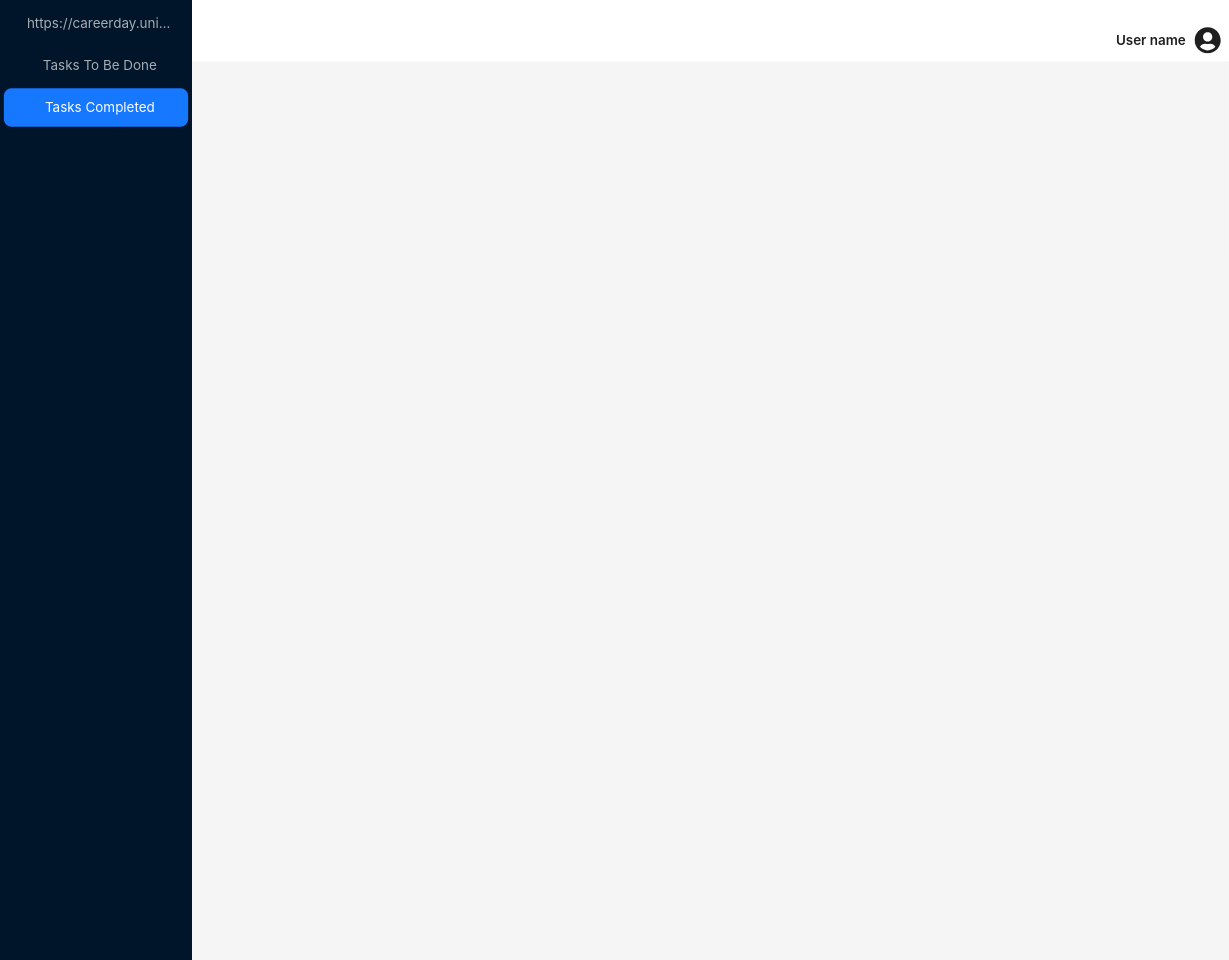
Repository: runner855/todolist_new
Page: /
An editor plug-in stored every save of this project. The page is shown before and after the next save, followed by the edit.
The browser window is 1280 px wide. The pictures show the whole page, at 96% of full size.
The project was rebuilt for these pictures with package versions that can differ from the ones it lists, and the page was loaded fresh each time.

Above is the page before, as saved 2023-03-19 17:31:48.

After the next save:
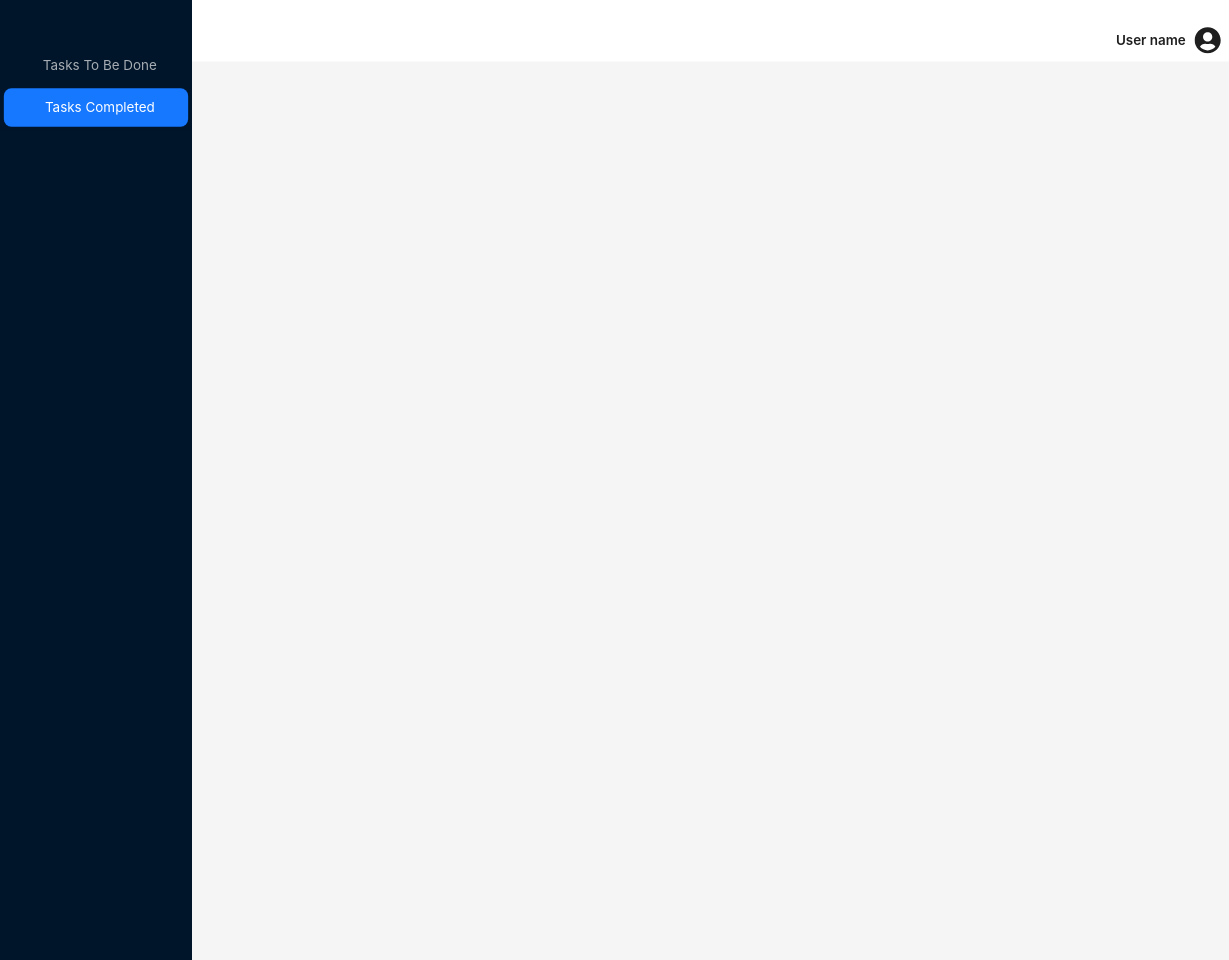
Saved 5 min 59 s later.
--- a/src/Utilities/Utility.tsx
+++ b/src/Utilities/Utility.tsx
@@ -2,7 +2,7 @@ import { TASKS_TO_BE_DONE, TASKS_COMPLETED } from '../Constants/Dictionary';
 import { AppUrls } from '../Types/appTypes';
 import { LOGO } from '../Constants/Dictionary';
 export const PagesArray = [
-  {label:LOGO},
+  {image:LOGO},
   {label: TASKS_TO_BE_DONE, to: AppUrls.TASKS_TO_BE_DONE},
   {label: TASKS_COMPLETED, to: AppUrls.TASKS_COMPLETED},
 
